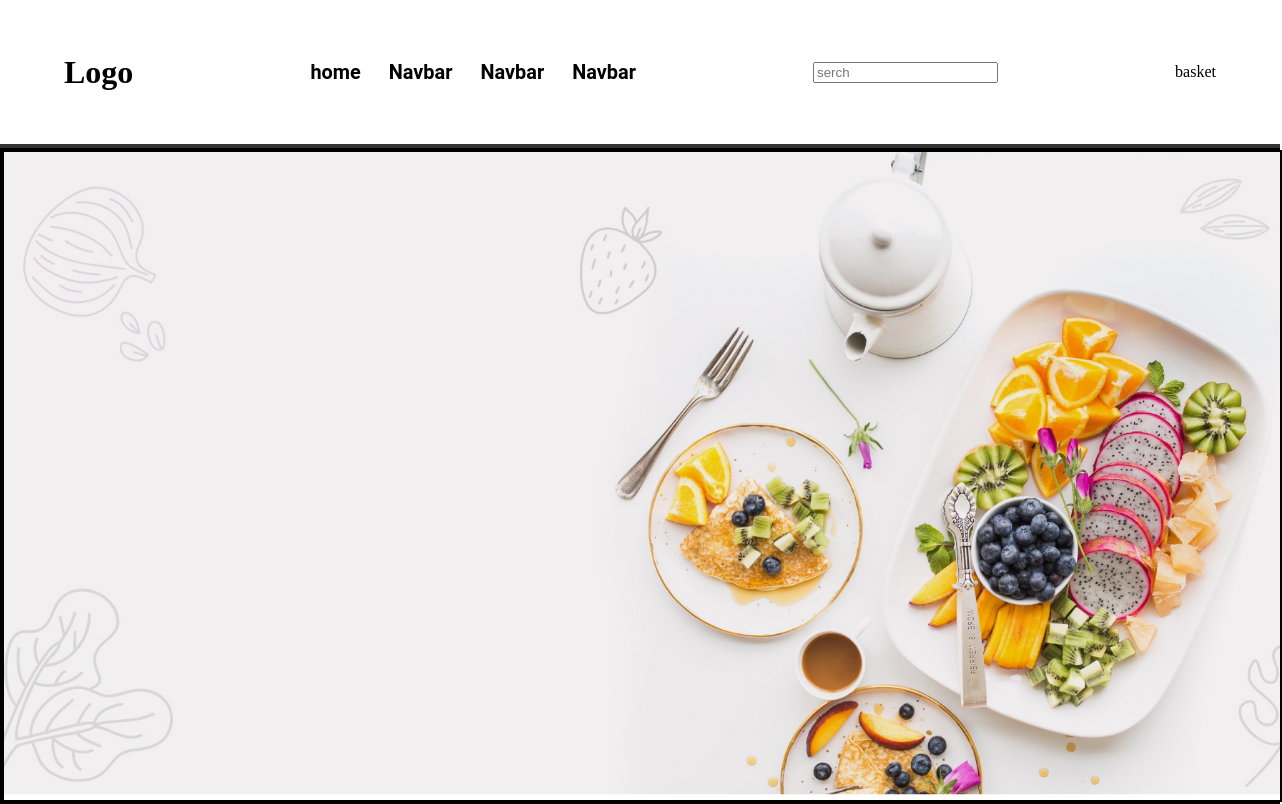
Repository: Islam432/Islam-and-Arsi---team
Page: /
The author's editor kept a copy of each file at every save. The page is drawn from the files as they stood at one save, then again after the next save.
The browser window is 1280 px wide. The page is 1282 px wide, so the pictures cover 1282 px, including what lies to the right of the window. The pictures show the whole page.
The project was rebuilt for these pictures with package versions that can differ from the ones it lists, and the page was loaded fresh each time. Also part of the build but not shown: vite.config.js, src/App.css, src/components/Comp/Comp.jsx.

Above is the page before, as saved 2023-03-11 23:11:41.

### src/main.jsx
import React from "react";
import ReactDOM from "react-dom/client";
import App from "./App";
import "./index.css";
import { BrowserRouter } from "react-router-dom";


ReactDOM.createRoot(document.getElementById("root")).render(
  <React.StrictMode>

      <BrowserRouter>
        <App />
      </BrowserRouter>

  </React.StrictMode>
);

### src/App.jsx
import { useState } from "react";
import reactLogo from "./assets/react.svg";
import "./App.css";
import { Route, Routes } from "react-router-dom";
import { Layout } from "./components/Layout";
import { Home } from "./components/Home/Home";
import { Comp } from "./components/Comp/Comp";

function App() {
  return (

    <Layout>  <Routes>
    <Route path="/" element = {<Home/>}/>
    <Route path="/comp" element= {<Comp/>} />
  </Routes></Layout>

  );
}

export default App;

### src/components/Layout/index.jsx
import React from 'react'
import { Navbar } from '../Navbar/Navbar'

export const Layout = ({children}) => {
  return (
  <>
 <Navbar/>
  <main>{children}</main>
  </>
  )
}

### src/components/Home/Home.jsx
import React from 'react'
import styles from './Home.module.css'


export const Home = () => {
  return (
    <div className={styles.cont}>
      <div className={styles.blok1}></div>
    </div>
  )
}

### src/components/Navbar/Navbar.jsx
import React from "react";
import { NavLink } from "react-router-dom";
import styles from "./Navbar.module.css";

export const Navbar = () => {
  return (
    <div className={styles.cont}>
      <div className={styles.allnav}>
        <h1>Logo</h1>

        <div className={styles.navbar}>
          <NavLink to={'/'} className={styles.NavLink}>
            <h3>home</h3>
          </NavLink>
          <NavLink to={'/comp'} className={styles.NavLink}>
            <h3>Navbar</h3>
          </NavLink>
          <NavLink className={styles.NavLink}>
            <h3>Navbar</h3>
          </NavLink>
          <NavLink className={styles.NavLink}>
            <h3>Navbar</h3>
          </NavLink>

        </div>

        <div className={styles.inputblok}>
          <input type="text" placeholder="serch" />
        </div>

        <div>basket</div>
      </div>
    </div>
  );
};

### src/components/Home/Home.module.css
.cont{
    margin: 0;


  border: 2px solid black;
}
.blok1{
    background-image: url('./Banner.jpg');
  width: 100%;
 object-fit: cover;
min-height: 90vh;
    border: 2px solid black;
    background-size: cover;
}

### src/components/Navbar/Navbar.module.css
.cont {
    margin: 0;
  display: flex;
  align-items: center;
  justify-content: center;
  height: 20vh;
  background: #ffffff;
border-bottom: 4px solid #333;
}

.allnav {
  display: flex;
  align-items: center;
  justify-content: space-between;
  width: 90%;
  height: 10vh;

}
.navbar {
  display: flex;
  justify-content: space-around;
  align-items: center;
  gap: 28px;

  font-family: Roboto;
  font-style: Bold;
  font-size: 17px;

}
.NavLink{
    text-decoration: none;
    color: rgb(0, 0, 0);
}

Loaded but not shown: index.html (common file); src/index.css (common file)

After the next save:
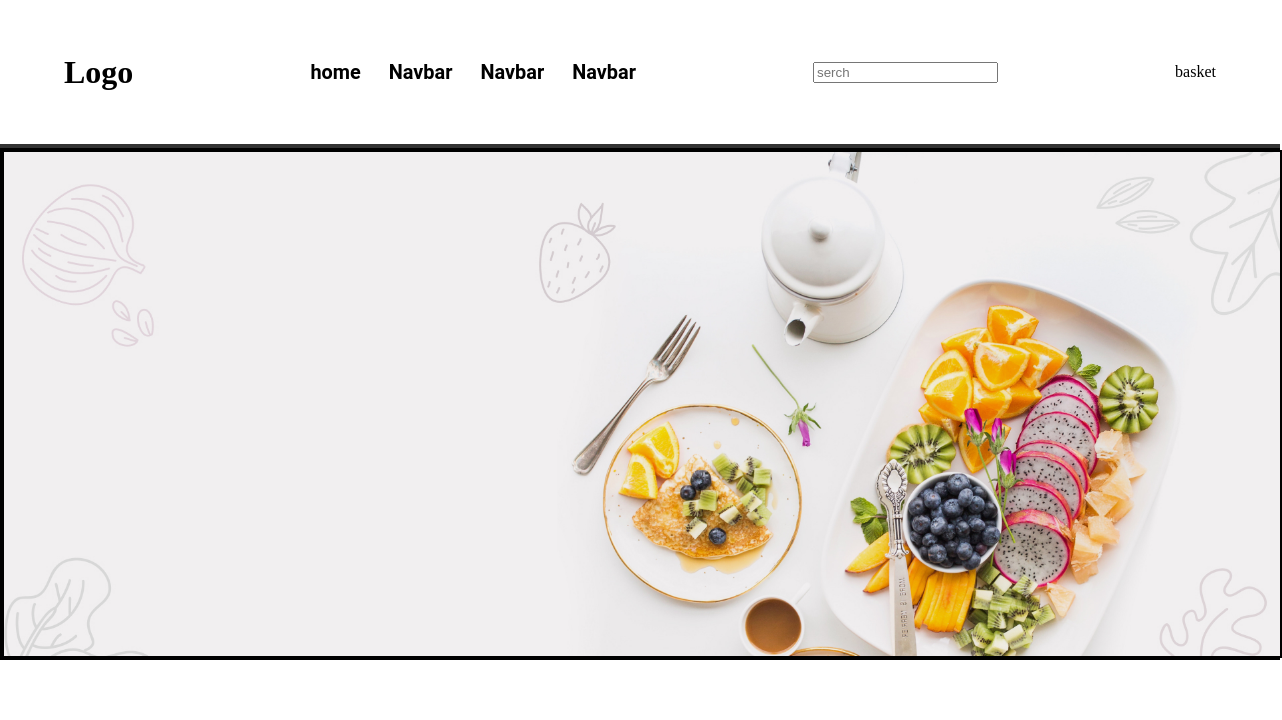
Saved 10 s later.
--- a/src/components/Home/Home.module.css
+++ b/src/components/Home/Home.module.css
@@ -8,7 +8,7 @@
     background-image: url('./Banner.jpg');
   width: 100%;
  object-fit: cover;
-min-height: 90vh;
+min-height: 70vh;
     border: 2px solid black;
     background-size: cover;
 }
